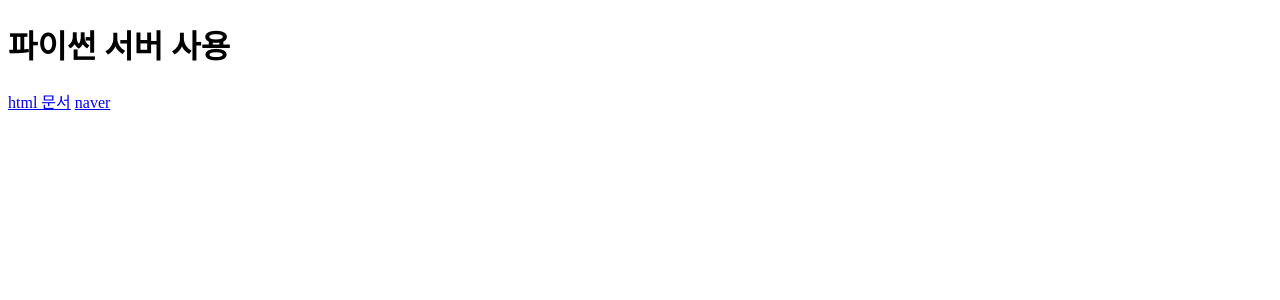
Repository: offbr/Python
Page: pynetwork/py_http/abc.html
An editor plug-in stored every save of this project. The page is shown before and after the next save, followed by the edit.
The browser window is 1280 px wide. The pictures show the whole page.

Above is the page before, as saved 2016-11-03 02:27:04.

After the next save:
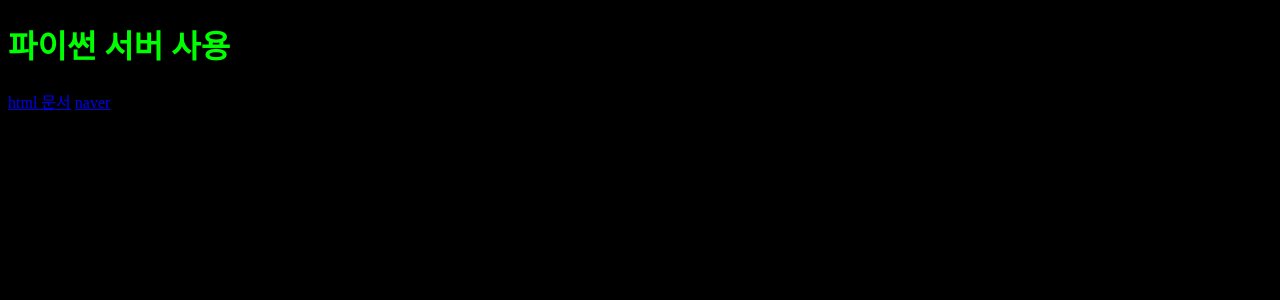
Saved 37 s later.
--- a/pynetwork/py_http/abc.html
+++ b/pynetwork/py_http/abc.html
@@ -5,7 +5,8 @@
 <title>Insert title here</title>
 <style>
 body{
-	backgorundcolor : black;
+	background-color : black;
+	color : lime;
 }
 </style>
 </head>
